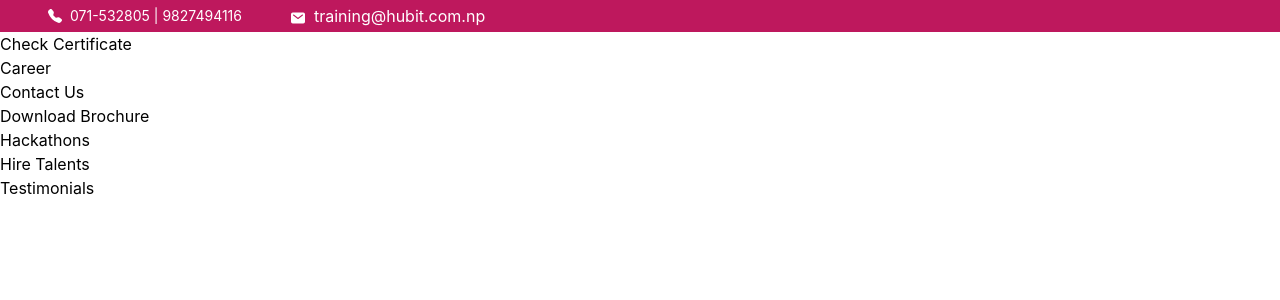
Repository: Sushant203/react-training-
Page: /
The author's editor kept a copy of each file at every save. The page is drawn from the files as they stood at one save, then again after the next save.
The browser window is 1280 px wide. The pictures show the whole page.
The project was rebuilt for these pictures with package versions that can differ from the ones it lists, and the page was loaded fresh each time. Also part of the build but not shown: src/App.css.

Above is the page before, as saved 2022-12-15 01:03:20.

### src/App.js

import './App.css';
import UpperNav from './components/UpperNav';

function App() {
  return (
    <div>
      <UpperNav />
    </div>
  );
}

export default App;

### src/components/UpperNav.jsx
import React from "react";
import { BsFillTelephoneFill } from "react-icons/bs";
import { IoMail } from "react-icons/io5";
const UpperNav = () => {
  return (
    <div>
      <div className="bg-pink-700 align-center px-2 text-white text-sm">
        <div className="flex">
          <div className="flex gap-2 items-center mx-10">
            <BsFillTelephoneFill className="text-white" />
            <p>071-532805 | 9827494116</p>
          </div>
          <div className="flex gap-2 items-center px-2 py-1 text-base">
            <IoMail className="mt-1" />
            <p>training@hubit.com.np</p>
          </div>
        </div>
      </div>

      {/* right section */}
      <div>
        <div>
          <div>Check Certificate</div>
          <div>Career</div>
          <div>Contact Us</div>
          <div>Download Brochure</div>
          <div>Hackathons</div>
          <div>Hire Talents</div>
          <div>Testimonials</div>
        </div>
      </div>
    </div>
  );
};

export default UpperNav;

Loaded but not shown: public/index.html (common file); src/index.js (common file); src/index.css (common file); src/reportWebVitals.js (common file); tailwind.config.js (common file)

After the next save:
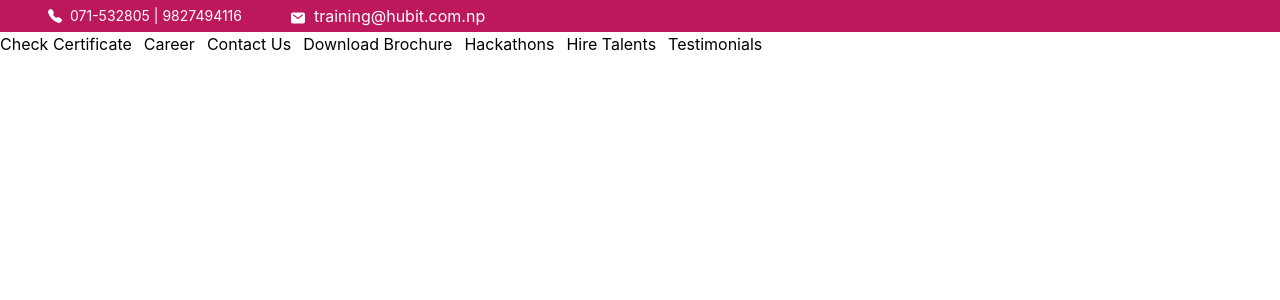
Saved 24 s later.
--- a/src/components/UpperNav.jsx
+++ b/src/components/UpperNav.jsx
@@ -19,7 +19,7 @@ const UpperNav = () => {
 
       {/* right section */}
       <div>
-        <div>
+        <div className="flex gap-3">
           <div>Check Certificate</div>
           <div>Career</div>
           <div>Contact Us</div>
